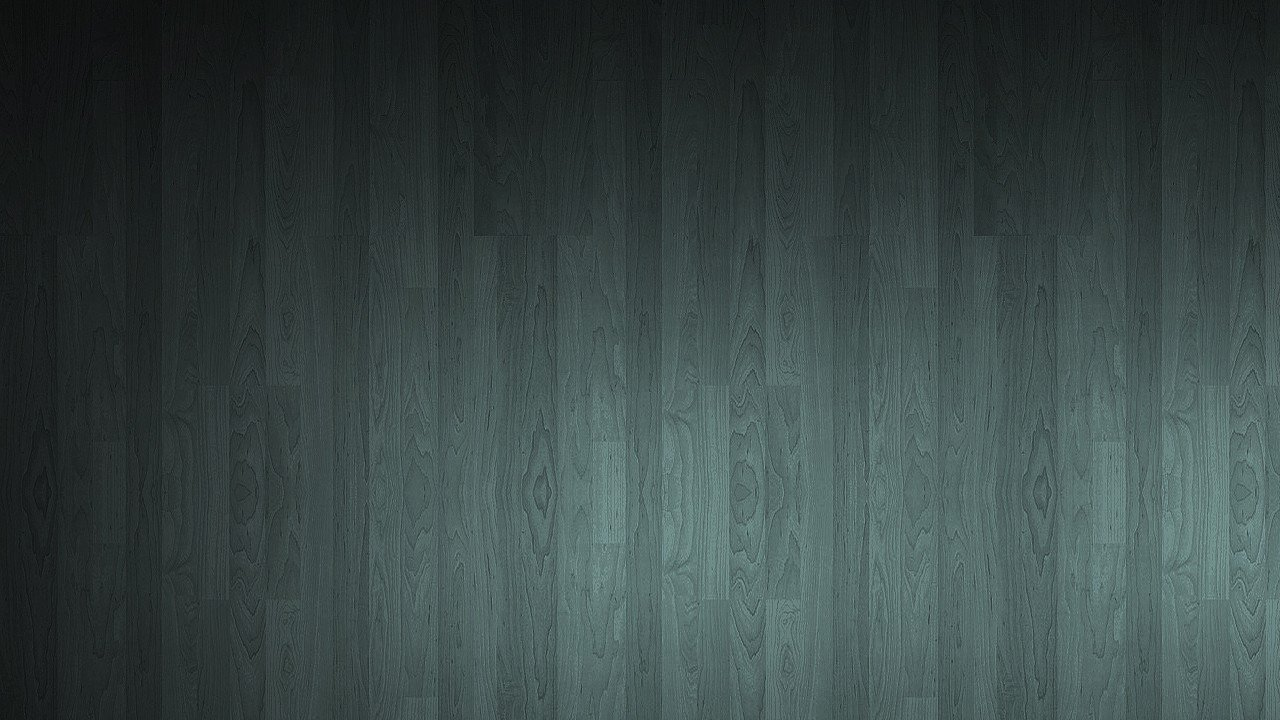
Repository: UncEmerson/UncEmerson
Page: index.html
These files come from the project's save history. The page is drawn as it stood at one moment and after the next save; the edit follows.
The browser window is 1280 px wide. The pictures show the whole page.

Above is the page before, as saved 2019-06-11 23:31:14.

After the next save:
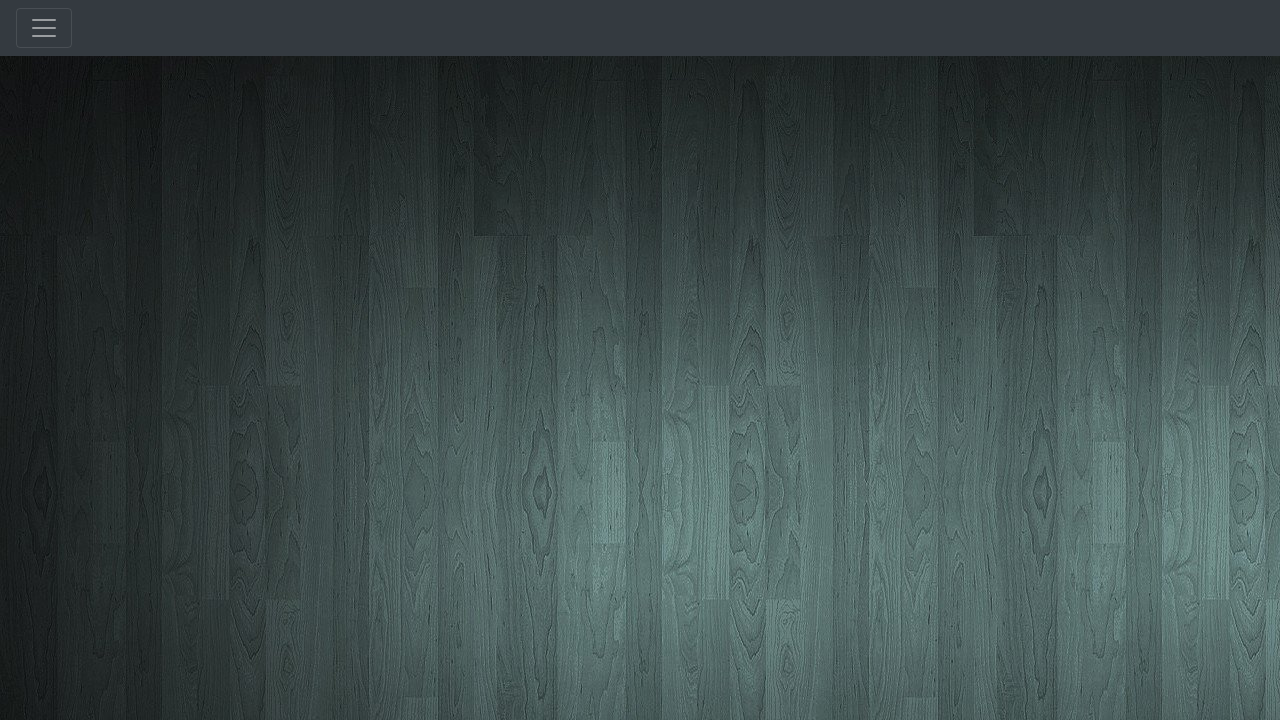
Saved 4 min 21 s later.
--- a/index.html
+++ b/index.html
@@ -13,6 +13,21 @@
 </head>
 
 <body class="fondo1">
+    <header>
+        <div class="pos-f-t">
+            <div class="collapse" id="navbarToggleExternalContent">
+                <div class="bg-dark p-4">
+                    <h5 class="text-white h4">Collapsed content</h5>
+                    <span class="text-muted">Toggleable via the navbar brand.</span>
+                </div>
+            </div>
+            <nav class="navbar navbar-dark bg-dark">
+                <button class="navbar-toggler" type="button" data-toggle="collapse" data-target="#navbarToggleExternalContent" aria-controls="navbarToggleExternalContent" aria-expanded="false" aria-label="Toggle navigation">
+                        <span class="navbar-toggler-icon"></span>
+                      </button>
+            </nav>
+        </div>
+    </header>
 
 </body>
 <script src="bower_components/jquery/dist/jquery.slim.min.js"></script>
